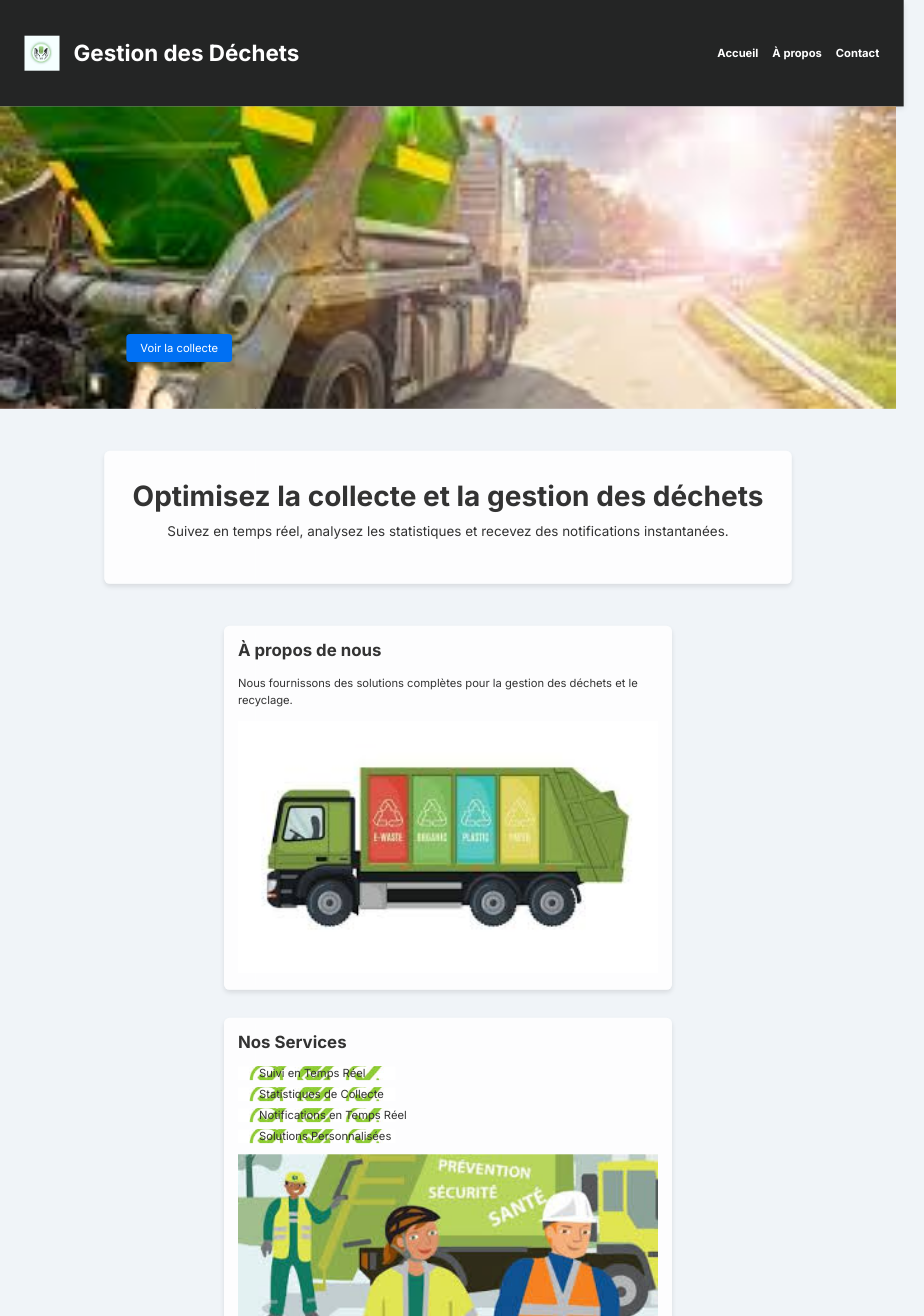
Repository: SystemInfoGeo/QGISproject
Page: / (app in NEXT/)
These files come from the project's save history. The page is drawn as it stood at one moment and after the next save; the edit follows.
The browser window is 1280 px wide. The page is 1320 px wide, so the pictures cover 1320 px, including what lies to the right of the window. The pictures show the part of the page from y = 0 to 1880 px (the page is 2753 px tall), at 70% of full size.
The project was rebuilt for these pictures with package versions that can differ from the ones it lists, and the page was loaded fresh each time. The framework's server and built-in components were replaced by stand-ins that run in the browser. Also part of the build but not shown: NEXT/next.config.mjs.

Above is the page before, as saved 2024-06-21 17:34:20.

After the next save:
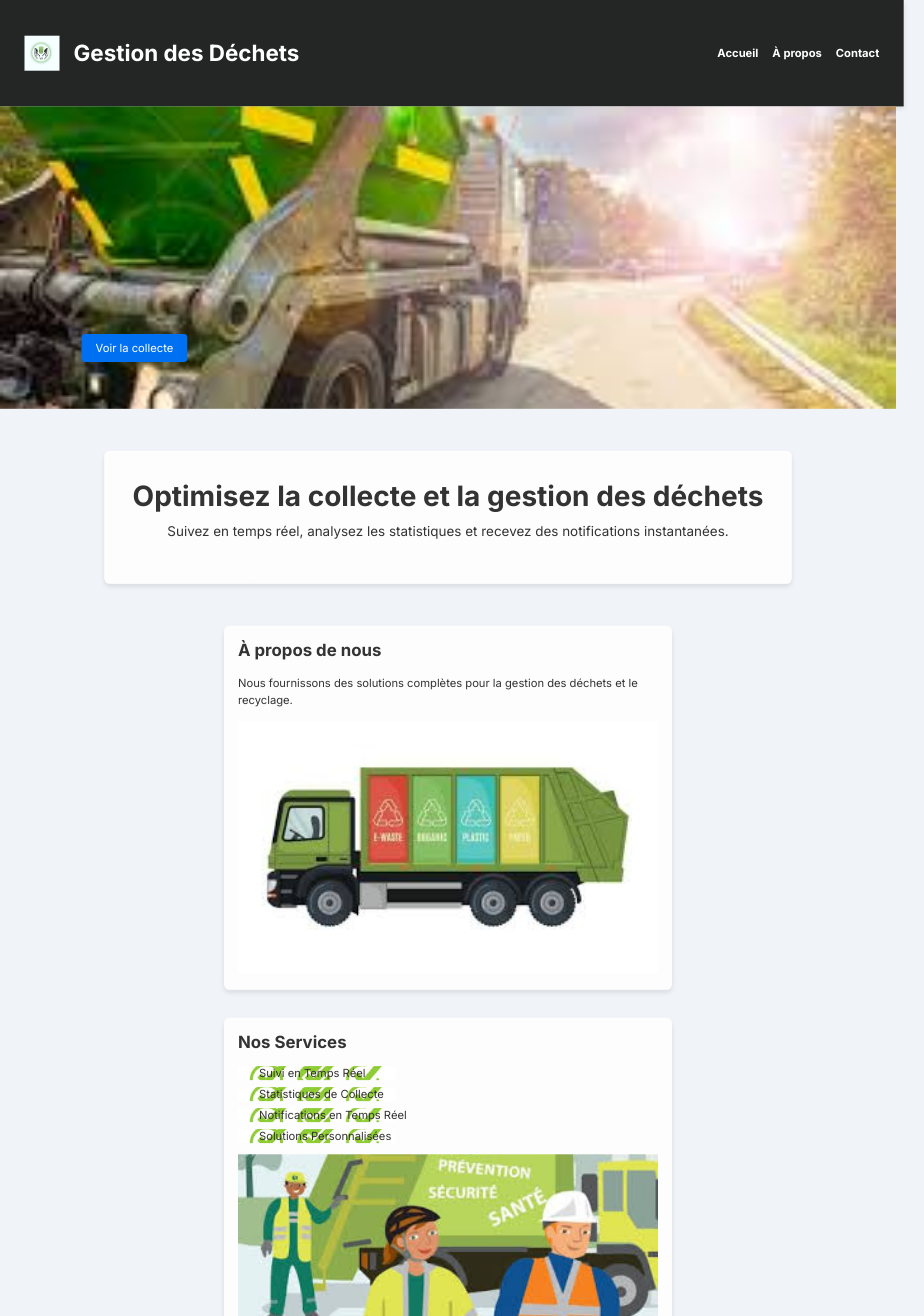
Saved 17 s later.
--- a/NEXT/app/page.module.css
+++ b/NEXT/app/page.module.css
@@ -63,7 +63,7 @@
 
 .backgroundButton {
   position: absolute;
-  left: 20%;
+  left: 15%;
   top: 80%;
   transform: translate(-50%, -50%);
   padding: 10px 20px;
